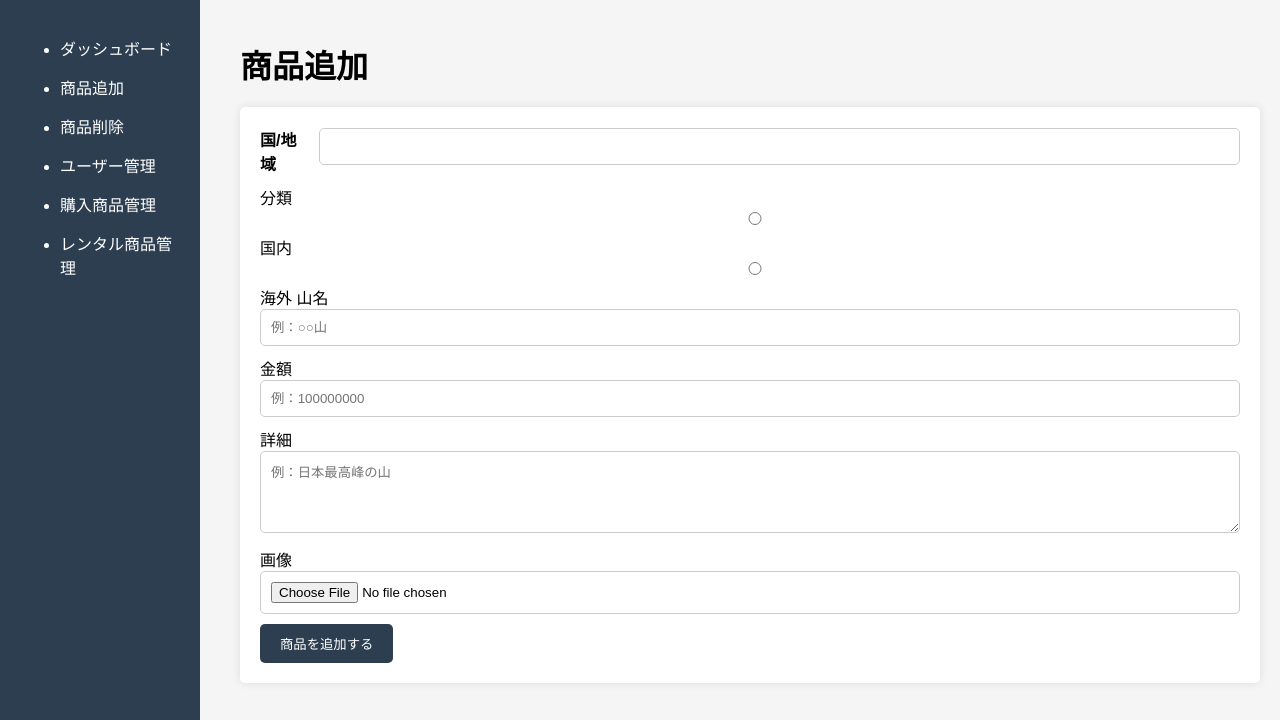
Repository: magome112/Oasis2024920
Page: http://localhost/_12_kanri.shohin.php
These files come from the project's save history. The page is drawn as it stood at one moment and after the next save; the edit follows.
The browser window is 1280 px wide. The pictures show the whole page.
The page is run by PHP 8.4 with error messages shown; the project is at /var/www/html/.

Above is the page before, as saved 2024-12-06 11:50:50.

After the next save:
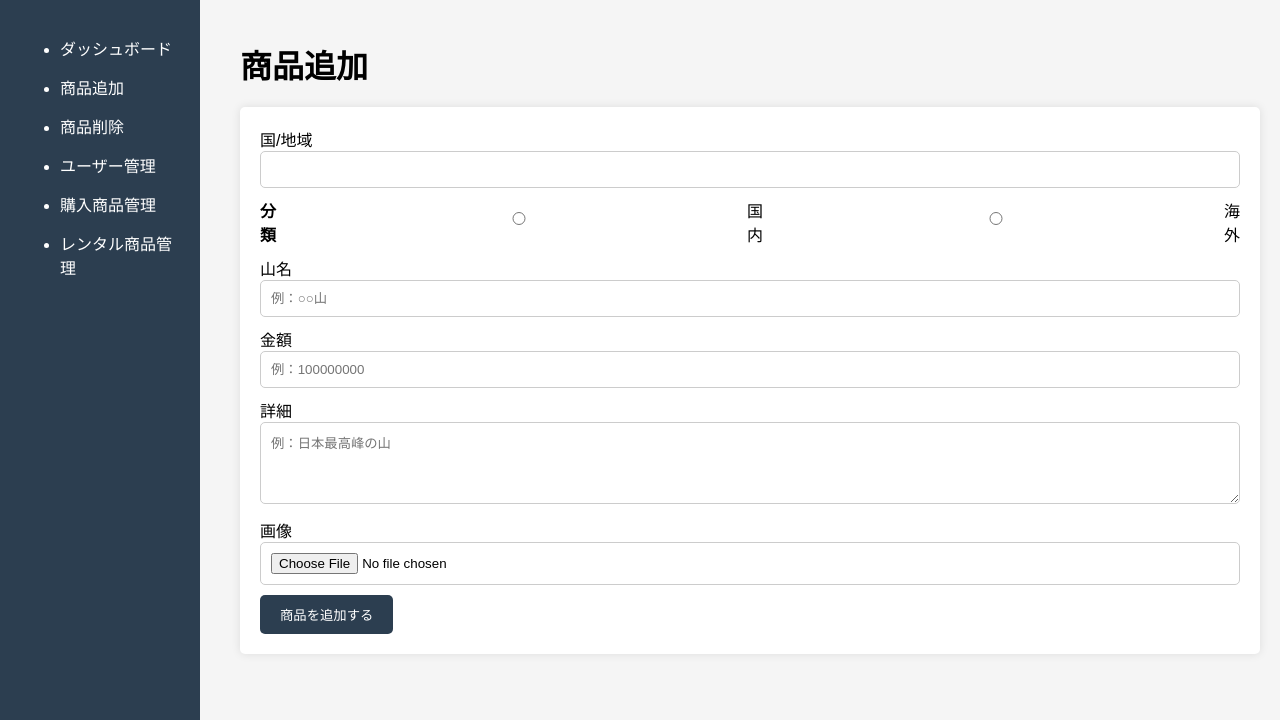
Saved 117 s later.
--- a/_12_kanri.shohin.php
+++ b/_12_kanri.shohin.php
@@ -142,14 +142,15 @@ if ($_SERVER['REQUEST_METHOD'] === 'POST') {
     <div class="main-content">
         <h1>商品追加</h1>
         <form method="POST" enctype="multipart/form-data">
+
+            <label for="country_name">国/地域</label>
+            <input type="text" name="country_name" id="country_name" required>
+
             <div class="radio-group">
-                <label for="country_name">国/地域</label>
-                <input type="text" name="country_name" id="country_name" required>
+                <label for="region">分類</label>
+                <input type="radio" name="region" value="0" required>国内
+                <input type="radio" name="region" value="1">海外
             </div>
-
-            <label for="region">分類</label>
-            <input type="radio" name="region" value="0" required>国内
-            <input type="radio" name="region" value="1">海外
 
             <label for="yama_name">山名</label>
             <input type="text" name="yama_name" id="yama_name" placeholder="例：○○山" required>
